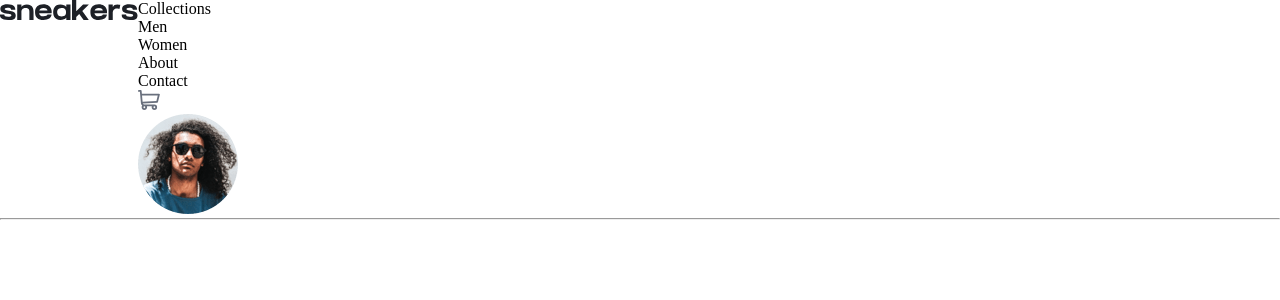
Repository: DevLaukey/ecommerce-design
Page: index.html
These files come from the project's save history. The page is drawn as it stood at one moment and after the next save; the edit follows.
The browser window is 1280 px wide. The pictures show the whole page.

Above is the page before, as saved 2022-05-15 16:38:14.

After the next save:
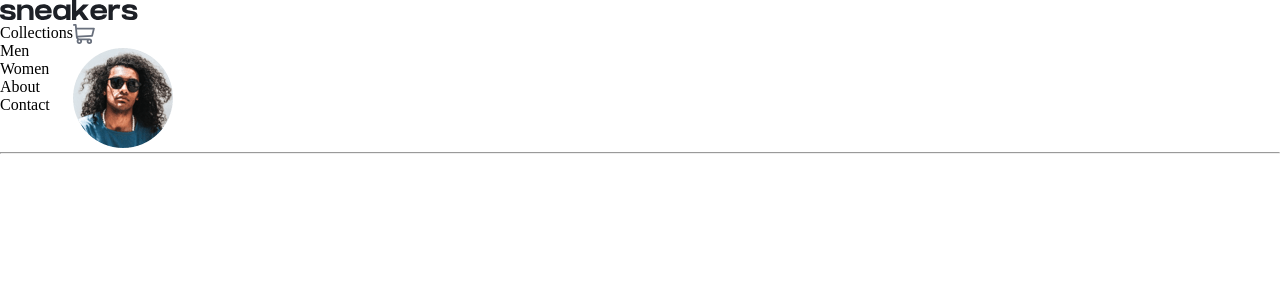
Saved 47 s later.
--- a/css/style.css
+++ b/css/style.css
@@ -3,6 +3,6 @@
     padding: 0;
     box-sizing: border-box;
 }
-.nav{
+.nav nav{
     display: flex;
 }

After the save that followed:
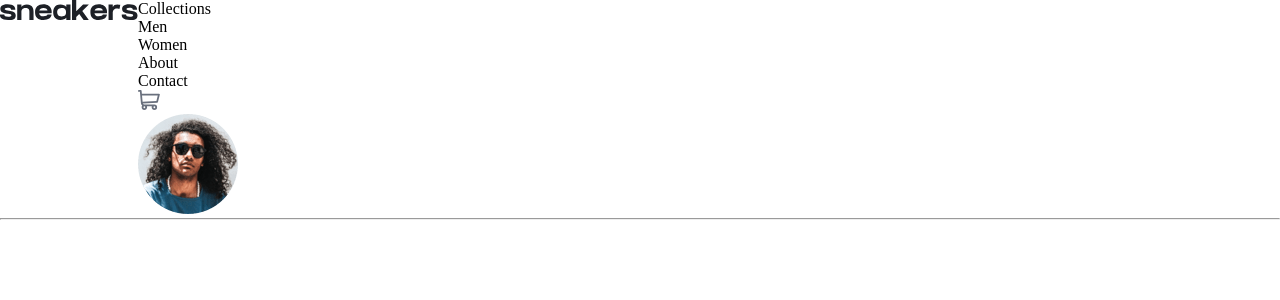
Saved 11 s later.
--- a/css/style.css
+++ b/css/style.css
@@ -3,6 +3,6 @@
     padding: 0;
     box-sizing: border-box;
 }
-.nav nav{
+.nav{
     display: flex;
 }
